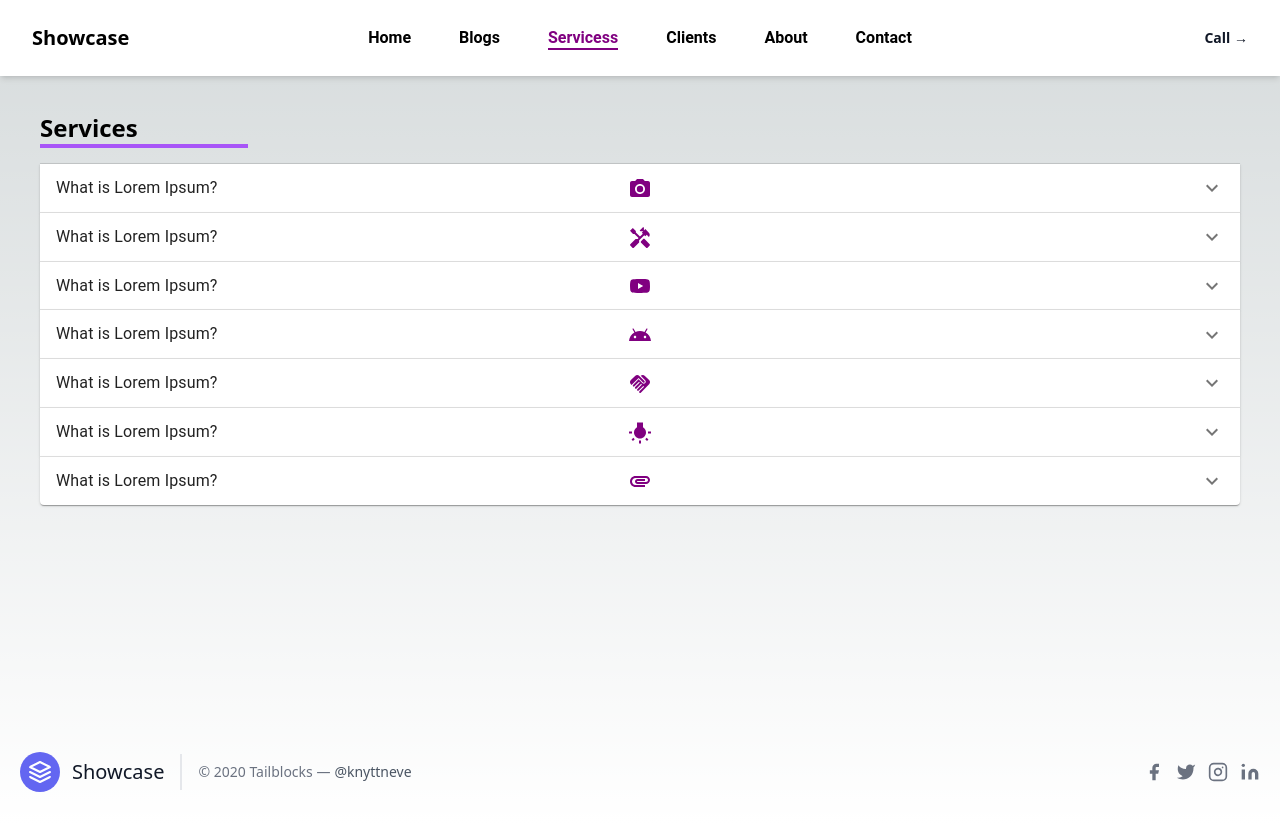
Repository: prashant523580/showcase
Page: /services
The author's editor kept a copy of each file at every save. The page is drawn from the files as they stood at one save, then again after the next save.
The browser window is 1280 px wide. The pictures show the whole page.
The project was rebuilt for these pictures with package versions that can differ from the ones it lists, and the page was loaded fresh each time. The framework's server and built-in components were replaced by stand-ins that run in the browser. Also part of the build but not shown: next.config.js.

Above is the page before, as saved 2023-03-25 18:16:49.

### src/pages/_app.tsx
import Footer from '@/components/Footer'
import Navbar from '@/components/Navbar'
import React from "react";
import '@/styles/globals.css'
import type { AppProps } from 'next/app'
import AOS from "aos";
import "aos/dist/aos.css"
export default function App({ Component, pageProps }: AppProps) {
  React.useEffect(()=>{
      AOS.init()
  },[])
  return(
<>
    <Navbar/>
    <Component {...pageProps} />
    <Footer/>
</>
    )
}

### src/pages/services.tsx
import * as React from 'react';
import Accordion from '@mui/material/Accordion';
import AccordionDetails from '@mui/material/AccordionDetails';
import AccordionSummary from '@mui/material/AccordionSummary';
import Typography from '@mui/material/Typography';
import ExpandMoreIcon from '@mui/icons-material/ExpandMore';
import CameraAltIcon from '@mui/icons-material/CameraAlt';
import YouTubeIcon from '@mui/icons-material/YouTube';
import HandymanIcon from '@mui/icons-material/Handyman';
import AndroidIcon from '@mui/icons-material/Android';
import WbIncandescentIcon from '@mui/icons-material/WbIncandescent';
import HandshakeIcon from '@mui/icons-material/Handshake';
import AttachmentIcon from '@mui/icons-material/Attachment';
import htmlParser from "react-html-parser"
const services = [
    {
        id:"1",
        label: "What is Lorem Ipsum?",
        icon: <CameraAltIcon/>,
        description:"Lorem Ipsum is simply dummy text of the printing and typesetting industry. Lorem Ipsum has been the industry&apos;s standard dummy text ever since the 1500s, when an unknown printer took a galley of type and scrambled it to make a type specimen book. It has survived not only five centuries, but also the leap into electronic typesetting, remaining essentially unchanged. It was popularised in the 1960s with the release of Letraset sheets containing Lorem Ipsum passages, and more recently with desktop publishing software like Aldus PageMaker including versions of Lorem Ipsum."
    },
    {
        id:"2",
        label: "What is Lorem Ipsum?",
        icon:<HandymanIcon/>,
        description:"Lorem Ipsum is simply dummy text of the printing and typesetting industry. Lorem Ipsum has been the industry&apos;s standard dummy text ever since the 1500s, when an unknown printer took a galley of type and scrambled it to make a type specimen book. It has survived not only five centuries, but also the leap into electronic typesetting, remaining essentially unchanged. It was popularised in the 1960s with the release of Letraset sheets containing Lorem Ipsum passages, and more recently with desktop publishing software like Aldus PageMaker including versions of Lorem Ipsum."
    },
    {
        id:"3",
        label: "What is Lorem Ipsum?",
        icon:<YouTubeIcon/>,
        description:"Lorem Ipsum is simply dummy text of the printing and typesetting industry. Lorem Ipsum has been the industry&apos;s standard dummy text ever since the 1500s, when an unknown printer took a galley of type and scrambled it to make a type specimen book. It has survived not only five centuries, but also the leap into electronic typesetting, remaining essentially unchanged. It was popularised in the 1960s with the release of Letraset sheets containing Lorem Ipsum passages, and more recently with desktop publishing software like Aldus PageMaker including versions of Lorem Ipsum."
    },
    {
        id:"4",
        label: "What is Lorem Ipsum?",
        icon:<AndroidIcon/>,
        description:"Lorem Ipsum is simply dummy text of the printing and typesetting industry. Lorem Ipsum has been the industry&apos;s standard dummy text ever since the 1500s, when an unknown printer took a galley of type and scrambled it to make a type specimen book. It has survived not only five centuries, but also the leap into electronic typesetting, remaining essentially unchanged. It was popularised in the 1960s with the release of Letraset sheets containing Lorem Ipsum passages, and more recently with desktop publishing software like Aldus PageMaker including versions of Lorem Ipsum."
    },
    {
        id:"5",
        label: "What is Lorem Ipsum?",
        icon:<HandshakeIcon/>,
        description:"Lorem Ipsum is simply dummy text of the printing and typesetting industry. Lorem Ipsum has been the industry&apos;s standard dummy text ever since the 1500s, when an unknown printer took a galley of type and scrambled it to make a type specimen book. It has survived not only five centuries, but also the leap into electronic typesetting, remaining essentially unchanged. It was popularised in the 1960s with the release of Letraset sheets containing Lorem Ipsum passages, and more recently with desktop publishing software like Aldus PageMaker including versions of Lorem Ipsum."
    },
    {
        id:"6",
        label: "What is Lorem Ipsum?",
        icon:<WbIncandescentIcon/>,
        description:"Lorem Ipsum is simply dummy text of the printing and typesetting industry. Lorem Ipsum has been the industry&apos;s standard dummy text ever since the 1500s, when an unknown printer took a galley of type and scrambled it to make a type specimen book. It has survived not only five centuries, but also the leap into electronic typesetting, remaining essentially unchanged. It was popularised in the 1960s with the release of Letraset sheets containing Lorem Ipsum passages, and more recently with desktop publishing software like Aldus PageMaker including versions of Lorem Ipsum."
    },
    {
        id:"7",
        label: "What is Lorem Ipsum?",
        icon:<AttachmentIcon/>,
        description:"Lorem Ipsum is simply dummy text of the printing and typesetting industry. Lorem Ipsum has been the industry&apos;s standard dummy text ever since the 1500s, when an unknown printer took a galley of type and scrambled it to make a type specimen book. It has survived not only five centuries, but also the leap into electronic typesetting, remaining essentially unchanged. It was popularised in the 1960s with the release of Letraset sheets containing Lorem Ipsum passages, and more recently with desktop publishing software like Aldus PageMaker including versions of Lorem Ipsum."
    },
]
export default function Sercices() {
  const [expanded, setExpanded] = React.useState<string | false>(false);

  const handleChange =
    (panel: string) => (event: React.SyntheticEvent, isExpanded: boolean) => {
      setExpanded(isExpanded ? panel : false);
    };

  return (
    <div className='py-24 px-10 h-[100vh]'>
        <div className="py-4">

        <h1 className='font-bold text-2xl'>Services</h1>
        <div  className='w-52 h-1 bg-purple-500'></div>
        </div>
        {
            services.map((service,ind) => {
                return(

                <Accordion expanded={expanded === `panel${ind}`} onChange={handleChange(`panel${ind}`)}>
                    <AccordionSummary
                    expandIcon={<ExpandMoreIcon />}
                    aria-controls="panel1bh-content"
                    id="panel1bh-header"
                    >
                    <Typography sx={{ width: '50%', flexShrink: 0 }}>
                        {service.label}
                    </Typography>
                    <Typography sx={{ color: 'purple' }}>{service.icon}</Typography>
                    </AccordionSummary>
                    <AccordionDetails>
                    <Typography>
                       {htmlParser(service.description)}
                    </Typography>
                    </AccordionDetails>
                </Accordion>
                )
            })
        }

    </div>
  );
}

### src/components/Footer.tsx
import React from 'react'

export default function Footer() {
  return (
    <footer className="text-gray-600 body-font">
  <div className="container px-5 py-8 mx-auto flex items-center sm:flex-row flex-col">
    <a className="flex title-font font-medium items-center md:justify-start justify-center text-gray-900">
      <svg xmlns="http://www.w3.org/2000/svg" fill="none" stroke="currentColor" stroke-linecap="round" stroke-linejoin="round" stroke-width="2" className="w-10 h-10 text-white p-2 bg-indigo-500 rounded-full" viewBox="0 0 24 24">
        <path d="M12 2L2 7l10 5 10-5-10-5zM2 17l10 5 10-5M2 12l10 5 10-5"></path>
      </svg>
      <span className="ml-3 text-xl">Showcase</span>
    </a>
    <p className="text-sm text-gray-500 sm:ml-4 sm:pl-4 sm:border-l-2 sm:border-gray-200 sm:py-2 sm:mt-0 mt-4">© 2020 Tailblocks —
      <a href="https://twitter.com/knyttneve" className="text-gray-600 ml-1" rel="noopener noreferrer" target="_blank">@knyttneve</a>
    </p>
    <span className="inline-flex sm:ml-auto sm:mt-0 mt-4 justify-center sm:justify-start">
      <a className="text-gray-500">
        <svg fill="currentColor" stroke-linecap="round" stroke-linejoin="round" stroke-width="2" className="w-5 h-5" viewBox="0 0 24 24">
          <path d="M18 2h-3a5 5 0 00-5 5v3H7v4h3v8h4v-8h3l1-4h-4V7a1 1 0 011-1h3z"></path>
        </svg>
      </a>
      <a className="ml-3 text-gray-500">
        <svg fill="currentColor" stroke-linecap="round" stroke-linejoin="round" stroke-width="2" className="w-5 h-5" viewBox="0 0 24 24">
          <path d="M23 3a10.9 10.9 0 01-3.14 1.53 4.48 4.48 0 00-7.86 3v1A10.66 10.66 0 013 4s-4 9 5 13a11.64 11.64 0 01-7 2c9 5 20 0 20-11.5a4.5 4.5 0 00-.08-.83A7.72 7.72 0 0023 3z"></path>
        </svg>
      </a>
      <a className="ml-3 text-gray-500">
        <svg fill="none" stroke="currentColor" stroke-linecap="round" stroke-linejoin="round" stroke-width="2" className="w-5 h-5" viewBox="0 0 24 24">
          <rect width="20" height="20" x="2" y="2" rx="5" ry="5"></rect>
          <path d="M16 11.37A4 4 0 1112.63 8 4 4 0 0116 11.37zm1.5-4.87h.01"></path>
        </svg>
      </a>
      <a className="ml-3 text-gray-500">
        <svg fill="currentColor" stroke="currentColor" stroke-linecap="round" stroke-linejoin="round" stroke-width="0" className="w-5 h-5" viewBox="0 0 24 24">
          <path stroke="none" d="M16 8a6 6 0 016 6v7h-4v-7a2 2 0 00-2-2 2 2 0 00-2 2v7h-4v-7a6 6 0 016-6zM2 9h4v12H2z"></path>
          <circle cx="4" cy="4" r="2" stroke="none"></circle>
        </svg>
      </a>
    </span>
  </div>
</footer>
  )
}

### src/components/Navbar.tsx
// import React from 'react'

// export default function Navbar() {
//   return (
//     <header className="text-gray-600 body-font">
//   <div className="container mx-auto flex flex-wrap p-5 flex-col md:flex-row items-center">
//     <nav className="flex lg:w-2/5 flex-wrap items-center text-base md:ml-auto">
//       <a className="mr-5 hover:text-gray-900">First Link</a>
//       <a className="mr-5 hover:text-gray-900">Second Link</a>
//       <a className="mr-5 hover:text-gray-900">Third Link</a>
//       <a className="hover:text-gray-900">Fourth Link</a>
//     </nav>
//     <a className="flex order-first lg:order-none lg:w-1/5 title-font font-medium items-center text-gray-900 lg:items-center lg:justify-center mb-4 md:mb-0">
//       <svg xmlns="http://www.w3.org/2000/svg" fill="none" stroke="currentColor" stroke-linecap="round" stroke-linejoin="round" stroke-width="2" className="w-10 h-10 text-white p-2 bg-indigo-500 rounded-full" viewBox="0 0 24 24">
//         <path d="M12 2L2 7l10 5 10-5-10-5zM2 17l10 5 10-5M2 12l10 5 10-5"></path>
//       </svg>
//       <span className="ml-3 text-xl">Tailblocks</span>
//     </a>
//     <div className="lg:w-2/5 inline-flex lg:justify-end ml-5 lg:ml-0">
//       <button className="inline-flex items-center bg-gray-100 border-0 py-1 px-3 focus:outline-none hover:bg-gray-200 rounded text-base mt-4 md:mt-0">Button
//         <svg fill="none" stroke="currentColor" stroke-linecap="round" stroke-linejoin="round" stroke-width="2" className="w-4 h-4 ml-1" viewBox="0 0 24 24">
//           <path d="M5 12h14M12 5l7 7-7 7"></path>
//         </svg>
//       </button>
//     </div>
//   </div>
// </header>
//   )
// }
import React, { useState } from 'react'
import {useRouter} from "next/router"
import { Dialog } from '@headlessui/react'
import { Bars3Icon, XMarkIcon } from '@heroicons/react/24/outline'
import Link from 'next/link'

const navigation = [
  { name: 'Home', href: '/' },
  { name: 'Blogs', href: '/blogs' },
  { name: 'Servicess', href: '/services' },
  { name: 'Clients', href: '/clients' },
  { name: 'About', href: '/about' },
  { name: 'Contact', href: '/contact' },
]
function ActiveLink({ children, href } : any) {
  const router = useRouter();
  const style = {
      // padding: 10,
    // marginRight: 10,
    fontWeight:"bold",
    color: router.asPath === href ? 'purple' : 'black',
    boxShadow:  router.asPath === href ? "inset 0 -2px 0 0 purple" : "none",
    fontFamily: "'Roboto', sans-serif",
  }

  const handleClick = (e : any) => {
    e.preventDefault()
    router.push(href)
  }

  return (
    <a href={href} onClick={handleClick} style={style}>
      {children}
    </a>
  )
}
export default function Example() {
  const [mobileMenuOpen, setMobileMenuOpen] = useState(false)

  return (
    <div className="bg-white">
      <header className="absolute shadow-md bg-white inset-x-0 top-0 z-50">
        <nav className="flex items-center justify-between p-6 lg:px-8" aria-label="Global">
          <div className="flex lg:flex-1">
            <Link href="/" className="-m-1.5 p-1.5">
              <span className="sr-only">Showcase</span>
              {/* <img
                className="h-8 w-auto"
                src="https://tailwindui.com/img/logos/mark.svg?color=indigo&shade=600"
                alt=""
              /> */}
              <h1 className='font-bold text-xl'>Showcase</h1>
            </Link>
          </div>
          <div className="flex lg:hidden">
            <button
              type="button"
              className="-m-2.5 inline-flex items-center justify-center rounded-md p-2.5 text-gray-700"
              onClick={() => setMobileMenuOpen(true)}
            >
              <span className="sr-only">Open main menu</span>
              <Bars3Icon className="h-6 w-6" aria-hidden="true" />
            </button>
          </div>
          <div className="hidden lg:flex lg:gap-x-12">
            {navigation.map((item) => (
              <ActiveLink key={item.name} href={item.href}>
                {item.name}
              </ActiveLink>
            ))}
          </div>
          <div className="hidden lg:flex lg:flex-1 lg:justify-end">
            <Link href="tel:+9779816514719" className="text-sm font-semibold leading-6 text-gray-900">
              Call <span aria-hidden="true">&rarr;</span>
            </Link>
          </div>
        </nav>
        <Dialog as="div" className="lg:hidden transition-all" open={mobileMenuOpen} onClose={setMobileMenuOpen}>
          <div className="fixed inset-0 z-50  transition-all" />
          <Dialog.Panel className="fixed transition-all inset-y-0 right-0 z-50 w-full overflow-y-auto bg-white px-6 py-6 sm:max-w-sm sm:ring-1 sm:ring-gray-900/10">
            <div className="flex items-center justify-between">
              <Link href="#" className="-m-1.5 p-1.5">
                <span className="sr-only">Showcase</span>
                <img
                  className="h-8 w-auto"
                  src="https://tailwindui.com/img/logos/mark.svg?color=indigo&shade=600"
                  alt=""
                />
              </Link>
              <button
                type="button"
                className="-m-2.5 rounded-md p-2.5 text-gray-700"
                onClick={() => setMobileMenuOpen(false)}
              >
                <span className="sr-only">Close menu</span>
                <XMarkIcon className="h-6 w-6" aria-hidden="true" />
              </button>
            </div>
            <div className="mt-6 flow-root">
              <div className="-my-6 divide-y divide-gray-500/10">
                <div className="space-y-2 py-6">
                  {navigation.map((item) => (
                    <Link
                      key={item.name}
                      href={item.href}
                      className="-mx-3 block rounded-lg py-2 px-3 text-base font-semibold leading-7 text-gray-900 hover:bg-gray-50"
                    >
                      {item.name}
                    </Link>
                  ))}
                </div>
                <div className="py-6">
                  <Link
                    href="#"
                    className="-mx-3 block rounded-lg py-2.5 px-3 text-base font-semibold leading-7 text-gray-900 hover:bg-gray-50"
                  >
                    Log in
                  </Link>
                </div>
              </div>
            </div>
          </Dialog.Panel>
        </Dialog>
      </header>


    </div>
  )
}

### src/styles/globals.css
@tailwind base;
@tailwind components;
@tailwind utilities;
@import url('https://fonts.googleapis.com/css2?family=Aclonica&family=Caveat&family=DM+Serif+Text&family=Oswald&family=Roboto&family=Vollkorn&display=swap');

:root {
  --max-width: 1100px;
  --border-radius: 12px;
  --font-mono: ui-monospace, Menlo, Monaco, 'Cascadia Mono', 'Segoe UI Mono',
    'Roboto Mono', 'Oxygen Mono', 'Ubuntu Monospace', 'Source Code Pro',
    'Fira Mono', 'Droid Sans Mono', 'Courier New', monospace;

  --foreground-rgb: 0, 0, 0;
  --background-start-rgb: 214, 219, 220;
  --background-end-rgb: 255, 255, 255;

  --primary-glow: conic-gradient(
    from 180deg at 50% 50%,
    #16abff33 0deg,
    #0885ff33 55deg,
    #54d6ff33 120deg,
    #0071ff33 160deg,
    transparent 360deg
  );
  --secondary-glow: radial-gradient(
    rgba(255, 255, 255, 1),
    rgba(255, 255, 255, 0)
  );

  --tile-start-rgb: 239, 245, 249;
  --tile-end-rgb: 228, 232, 233;
  --tile-border: conic-gradient(
    #00000080,
    #00000040,
    #00000030,
    #00000020,
    #00000010,
    #00000010,
    #00000080
  );

  --callout-rgb: 238, 240, 241;
  --callout-border-rgb: 172, 175, 176;
  --card-rgb: 180, 185, 188;
  --card-border-rgb: 131, 134, 135;
}

@media (prefers-color-scheme: dark) {
  :root {
    --foreground-rgb: 255, 255, 255;
    --background-start-rgb: 0, 0, 0;
    --background-end-rgb: 0, 0, 0;

    --primary-glow: radial-gradient(rgba(1, 65, 255, 0.4), rgba(1, 65, 255, 0));
    --secondary-glow: linear-gradient(
      to bottom right,
      rgba(1, 65, 255, 0),
      rgba(1, 65, 255, 0),
      rgba(1, 65, 255, 0.3)
    );

    --tile-start-rgb: 2, 13, 46;
    --tile-end-rgb: 2, 5, 19;
    --tile-border: conic-gradient(
      #ffffff80,
      #ffffff40,
      #ffffff30,
      #ffffff20,
      #ffffff10,
      #ffffff10,
      #ffffff80
    );

    --callout-rgb: 20, 20, 20;
    --callout-border-rgb: 108, 108, 108;
    --card-rgb: 100, 100, 100;
    --card-border-rgb: 200, 200, 200;
  }
}

* {
  box-sizing: border-box;
  padding: 0;
  margin: 0;
}

html,
body {
  max-width: 100vw;
  overflow-x: hidden;

}

body {
  color: rgb(var(--foreground-rgb));
  background: linear-gradient(
      to bottom,
      transparent,
      rgb(var(--background-end-rgb))
    )
    rgb(var(--background-start-rgb));
      /*
    font-family: 'Vollkorn', serif;
    font-family: 'Oswald', sans-serif;
    font-family: 'Aclonica', sans-serif;
    font-family: 'Caveat', cursive;
    font-family: 'DM Serif Text', serif;
    font-family: 'Roboto', sans-serif;
    */
}

a {
  color: inherit;
  text-decoration: none;
}

@media (prefers-color-scheme: dark) {
  html {
    color-scheme: dark;
  }
}

Loaded but not shown: src/pages/_document.tsx (common file); tailwind.config.js (common file)

After the next save:
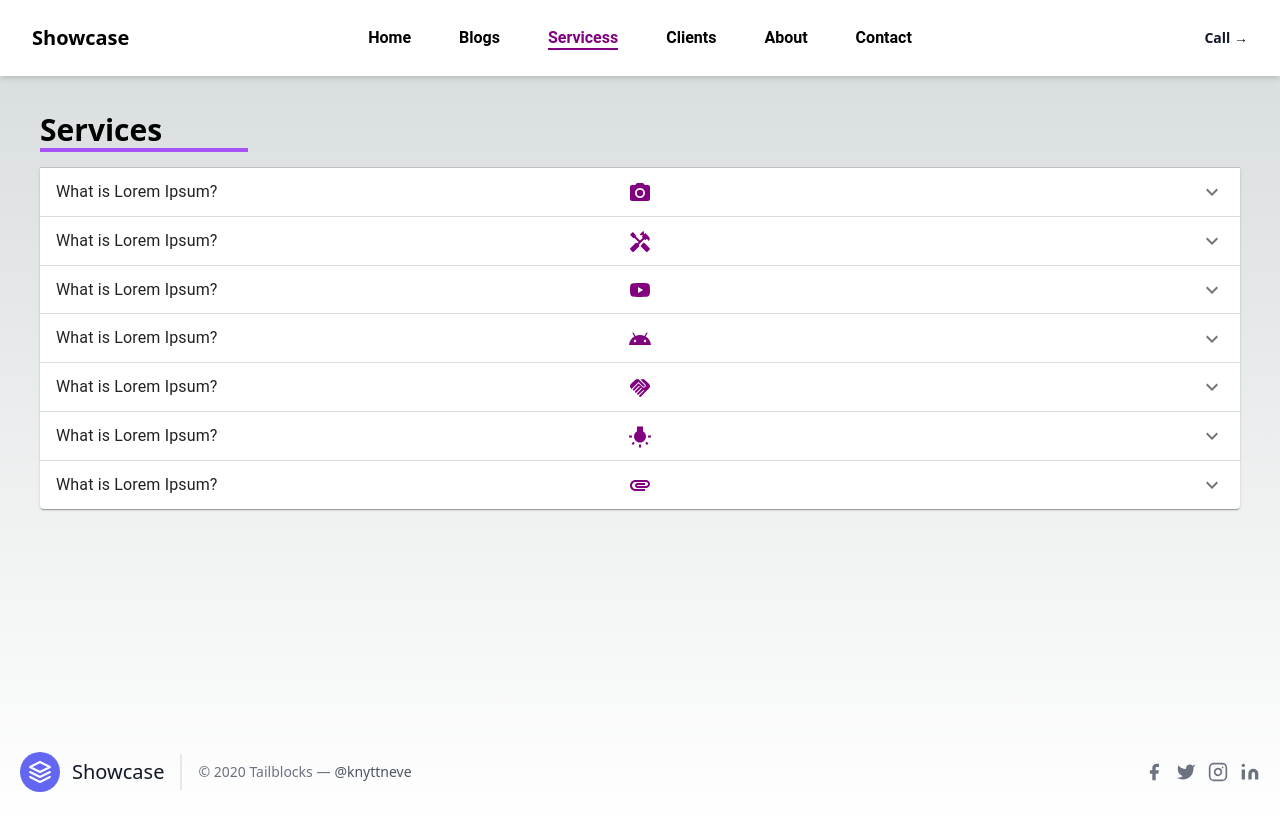
Saved 10 s later.
--- a/src/pages/services.tsx
+++ b/src/pages/services.tsx
@@ -68,7 +68,7 @@ export default function Sercices() {
     <div className='py-24 px-10 h-[100vh]'>
         <div className="py-4">
 
-        <h1 className='font-bold text-2xl'>Services</h1>
+        <h1 className='font-bold text-3xl'>Services</h1>
         <div  className='w-52 h-1 bg-purple-500'></div>
         </div>
         {
